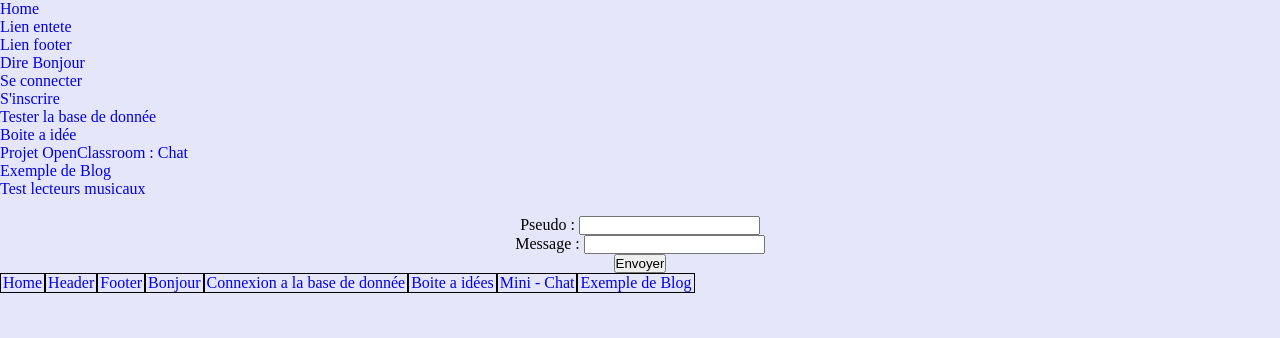
Repository: DylanORK/htdocs
Page: http://localhost/Minichat.php
These files come from the project's save history. The page is drawn as it stood at one moment and after the next save; the edit follows.
The browser window is 1280 px wide. The pictures show the whole page.
The page is run by PHP 8.4 with error messages shown; the project is at /var/www/html/. Queries for data that is not in the repository find no rows.

Above is the page before, as saved 2015-06-02 10:35:29.

After the next save:
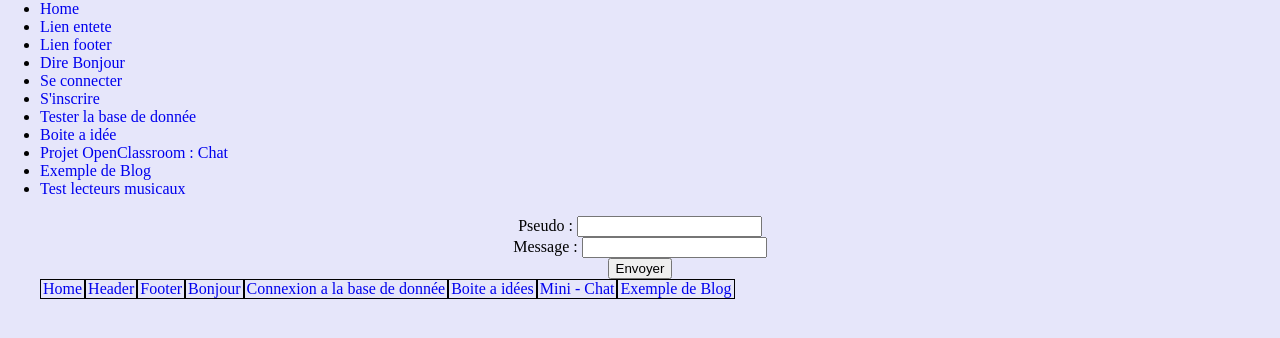
Saved 26 s later.
--- a/EclipsePHP/InterFaceWeb/Style/Style-css.php
+++ b/EclipsePHP/InterFaceWeb/Style/Style-css.php
@@ -1,7 +1,7 @@
 <style type="text/css">
 *
 {
-padding : 0;
+/*padding : 0;*/
 margin : 0;
 }
 
